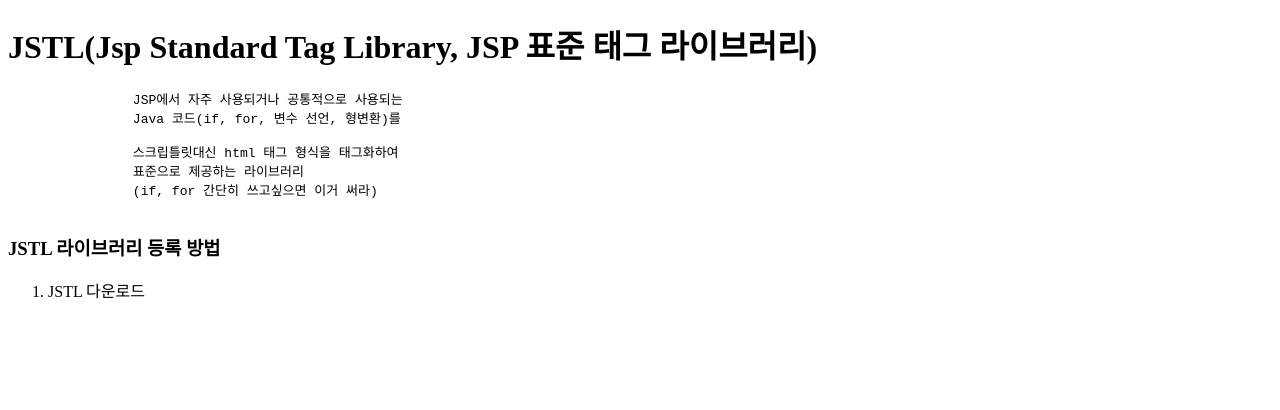
Repository: Rabsterd/6_Server
Page: http://localhost/JSPProject2/jstl/main
These files come from the project's save history. The page is drawn as it stood at one moment and after the next save; the edit follows.
The browser window is 1280 px wide. The pictures show the whole page.
The page is served by Tomcat 9.

Above is the page before, as saved 2023-09-19 03:14:57.

After the next save:
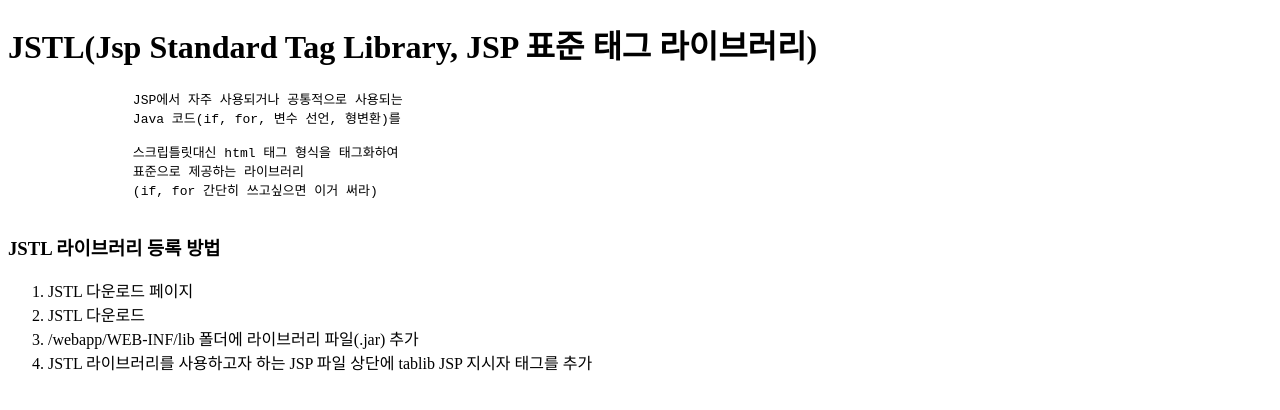
Saved 6 min 17 s later.
--- a/JSPProject2/src/main/webapp/WEB-INF/views/jstl/main.jsp
+++ b/JSPProject2/src/main/webapp/WEB-INF/views/jstl/main.jsp
@@ -1,5 +1,15 @@
 <%@ page language="java" contentType="text/html; charset=UTF-8"
     pageEncoding="UTF-8"%>
+
+<%@ taglib prefix="c" uri="http://java.sun.com/jsp/jstl/core" %>
+    <%--
+
+    	<%@ %> : 지시자 태그
+
+    	taglib : 태그 라이브러리 추가
+
+  		prefix : 접두사, 태그명 앞에 작성되는 단어 <c:if>
+     --%>
 <!DOCTYPE html>
 <html>
 <head>
@@ -22,8 +32,21 @@
 	<h3>JSTL 라이브러리 등록 방법</h3>
 
 	<ol>
-		<a hlef="https://tomcat.apache.org/download-taglibs.cgi"></a>
+		<li>
+			<a hlef="https://tomcat.apache.org/download-taglibs.cgi">
+				JSTL 다운로드 페이지
+			</a>
+		</li>
 		<li>JSTL 다운로드</li>
+
+		<li>
+			/webapp/WEB-INF/lib 폴더에 라이브러리 파일(.jar) 추가
+		</li>
+
+		<li>
+			JSTL 라이브러리를 사용하고자 하는 JSP 파일 상단에
+			tablib JSP 지시자 태그를 추가
+		</li>
 	</ol>
 
 
